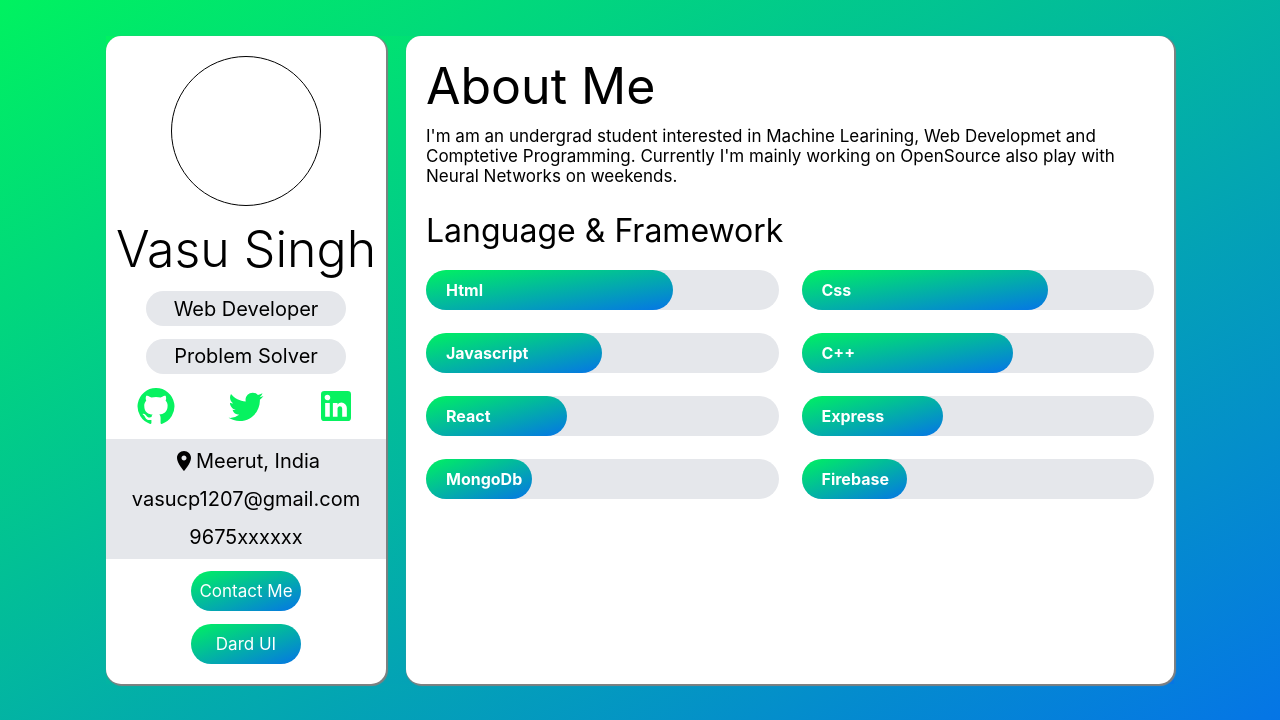
Repository: vasucp1207/grid-port
Page: /about
These files come from the project's save history. The page is drawn as it stood at one moment and after the next save; the edit follows.
The browser window is 1280 px wide. The pictures show the whole page.
Some web fonts or font styles are not loaded; a fallback is used. The project was rebuilt for these pictures with package versions that can differ from the ones it lists, and the page was loaded fresh each time. Also part of the build but not shown: src/pages/Home.js, src/components/Card.js, src/pages/Projects.js.

Above is the page before, as saved 2022-08-18 21:44:53.

### public/index.html
<!DOCTYPE html>
<html lang="en">
  <head>
    <meta charset="utf-8" />
    <link rel="icon" href="%PUBLIC_URL%/favicon.ico" />
    <meta name="viewport" content="width=device-width, initial-scale=1" />
    <meta name="theme-color" content="#000000" />
    <meta
      name="description"
      content="Web site created using create-react-app"
    />
    <link rel="apple-touch-icon" href="%PUBLIC_URL%/logo192.png" />
    <!--
      manifest.json provides metadata used when your web app is installed on a
      user's mobile device or desktop. See https://developers.google.com/web/fundamentals/web-app-manifest/
    -->
    <link rel="manifest" href="%PUBLIC_URL%/manifest.json" />
    <link rel="preconnect" href="https://fonts.googleapis.com">
<link rel="preconnect" href="https://fonts.gstatic.com" crossorigin>
<link href="https://fonts.googleapis.com/css2?family=Kantumruy+Pro:wght@200;300&family=Open+Sans:ital,wght@0,300;0,600;0,700;1,800&family=Poppins:wght@400;600&family=Raleway:wght@300&family=Roboto+Flex:opsz,wght@8..144,300;8..144,400;8..144,500&display=swap" rel="stylesheet">
    <!--
      Notice the use of %PUBLIC_URL% in the tags above.
      It will be replaced with the URL of the `public` folder during the build.
      Only files inside the `public` folder can be referenced from the HTML.

      Unlike "/favicon.ico" or "favicon.ico", "%PUBLIC_URL%/favicon.ico" will
      work correctly both with client-side routing and a non-root public URL.
      Learn how to configure a non-root public URL by running `npm run build`.
    -->
    <title>React App</title>
  </head>
  <body>
    <noscript>You need to enable JavaScript to run this app.</noscript>
    <div id="root"></div>
    <!--
      This HTML file is a template.
      If you open it directly in the browser, you will see an empty page.

      You can add webfonts, meta tags, or analytics to this file.
      The build step will place the bundled scripts into the <body> tag.

      To begin the development, run `npm start` or `yarn start`.
      To create a production bundle, use `npm run build` or `yarn build`.
    -->
  </body>
</html>

### src/index.css
body {
  margin: 0;
  font-family: -apple-system, BlinkMacSystemFont, 'Segoe UI', 'Roboto', 'Oxygen',
    'Ubuntu', 'Cantarell', 'Fira Sans', 'Droid Sans', 'Helvetica Neue',
    sans-serif;
  -webkit-font-smoothing: antialiased;
  -moz-osx-font-smoothing: grayscale;

  --gray: rgb(236, 102, 173);
  background-image: linear-gradient(to right bottom,#00f260,#0575e6);
}

::selection{
  background: rgb(71, 219, 219);
}

### src/App.js
import './App.css';
import { Link, Route, Routes } from 'react-router-dom';
import AboutMe from './pages/AboutMe';
import Home from './pages/Home';
import Projects from './pages/Projects';

function App() {
  return (
    <div>
      <Routes>
        <Route exact path="/" element={<Home />} />
        <Route exact path="/about" element={<AboutMe />} />
        <Route exact path="/projects" element={<Projects />} />
      </Routes>
    </div>
  );
}

export default App;

### src/App.css
:root {
  --d: 700ms;
  --e: cubic-bezier(0.19, 1, 0.22, 1);
  --font-sans: "Rubik", sans-serif;
  --font-serif: "Cardo", serif;
  font-family: Poppins;
}

* {
  box-sizing: border-box;
  padding: 0;
  margin: 0;
}

html, body {
  height: 100vh;
  width: 100vw;
}

body {
  display: grid;
  place-items: center;
}

.page-content {
  display: grid;
  width: 100vw;
  height: 100vh;
  margin: 0 auto;
}
@media (min-width: 600px) {
  .page-content {
    grid-template-columns: repeat(2, 1fr);
  }
}
@media (min-width: 800px) {
  .page-content {
    grid-template-columns: repeat(2, 1fr);
  }
}

.card {
  position: relative;
  display: flex;
  align-items: flex-end;
  overflow: hidden;
  padding: 1rem;
  width: 100%;
  text-align: center;
  color: whitesmoke;
  background-color: whitesmoke;
  box-shadow: 0 1px 1px rgba(0, 0, 0, 0.1), 0 2px 2px rgba(0, 0, 0, 0.1), 0 4px 4px rgba(0, 0, 0, 0.1), 0 8px 8px rgba(0, 0, 0, 0.1), 0 16px 16px rgba(0, 0, 0, 0.1);
}
@media (min-width: 600px) {
  .card {
    height: 100vh;
  }
}
.card:before {
  content: "";
  position: absolute;
  top: 0;
  left: 0;
  width: 100%;
  height: 110%;
  background-size: cover;
  background-position: 0 0;
  transition: transform calc(var(--d) * 1.5) var(--e);
  pointer-events: none;
}
.card:after {
  content: "";
  display: block;
  position: absolute;
  top: 0;
  left: 0;
  width: 100%;
  height: 200%;
  pointer-events: none;
  background-image: linear-gradient(to bottom, rgba(0, 0, 0, 0) 0%, rgba(0, 0, 0, 0.009) 11.7%, rgba(0, 0, 0, 0.034) 22.1%, rgba(0, 0, 0, 0.072) 31.2%, rgba(0, 0, 0, 0.123) 39.4%, rgba(0, 0, 0, 0.182) 46.6%, rgba(0, 0, 0, 0.249) 53.1%, rgba(0, 0, 0, 0.32) 58.9%, rgba(0, 0, 0, 0.394) 64.3%, rgba(0, 0, 0, 0.468) 69.3%, rgba(0, 0, 0, 0.54) 74.1%, rgba(0, 0, 0, 0.607) 78.8%, rgba(0, 0, 0, 0.668) 83.6%, rgba(0, 0, 0, 0.721) 88.7%, rgba(0, 0, 0, 0.762) 94.1%, rgba(0, 0, 0, 0.79) 100%);
  transform: translateY(-50%);
  transition: transform calc(var(--d) * 2) var(--e);
}
.card:nth-child(1):before {
  background-image: url(https://images.unsplash.com/photo-1493612276216-ee3925520721?ixlib=rb-1.2.1&ixid=MnwxMjA3fDB8MHxwaG90by1wYWdlfHx8fGVufDB8fHx8&auto=format&fit=crop&w=2864&q=80);
  /* background-color: #0575e6; */
}
.card:nth-child(2):before {
  background-image: url(https://images.unsplash.com/photo-1492551557933-34265f7af79e?ixlib=rb-1.2.1&ixid=MnwxMjA3fDB8MHxwaG90by1wYWdlfHx8fGVufDB8fHx8&auto=format&fit=crop&w=1740&q=80);
  /* background-color: #55eb91; */
}
.card:nth-child(3):before {
  background-image: url(https://images.unsplash.com/photo-1545243424-0ce743321e11?ixlib=rb-1.2.1&q=80&fm=jpg&crop=entropy&cs=tinysrgb&w=400&fit=max&ixid=eyJhcHBfaWQiOjE0NTg5fQ);
}
.card:nth-child(4):before {
  background-image: url(https://images.unsplash.com/photo-1531306728370-e2ebd9d7bb99?ixlib=rb-1.2.1&q=80&fm=jpg&crop=entropy&cs=tinysrgb&w=400&fit=max&ixid=eyJhcHBfaWQiOjE0NTg5fQ);
}

.content {
  position: relative;
  display: flex;
  flex-direction: column;
  align-items: center;
  width: 100%;
  padding: 1rem;
  transition: transform var(--d) var(--e);
  z-index: 1;
}
.content > * + * {
  margin-top: 1rem;
}

.title {
  font-size: 50px;
  font-weight: 400;
}

.copy {
  font-size: 30px;
}

.btn {
  cursor: pointer;
  margin-top: 1.5rem;
  padding: 0.75rem 1.5rem;
  font-size: 20px;
  letter-spacing: 0.025rem;
  text-transform: uppercase;
  color: white;
  background-color: black;
  border: none;
}
.btn:hover {
  background-color: white;
  color: black;
  transition: 0.3;
  border-radius: 7px;
}
.btn:focus {
  outline: 1px dashed yellow;
  outline-offset: 3px;
}

@media (hover: hover) and (min-width: 600px) {
  .card:after {
    transform: translateY(0);
  }

  .content {
    transform: translateY(calc(100% - 4.5rem));
  }
  .content > *:not(.title) {
    opacity: 0;
    transform: translateY(1rem);
    transition: transform var(--d) var(--e), opacity var(--d) var(--e);
  }

  .card:hover,
.card:focus-within {
    align-items: center;
  }
  .card:hover:before,
.card:focus-within:before {
    transform: translateY(-4%);
  }
  .card:hover:after,
.card:focus-within:after {
    transform: translateY(-50%);
  }
  .card:hover .content,
.card:focus-within .content {
    transform: translateY(0);
  }
  .card:hover .content > *:not(.title),
.card:focus-within .content > *:not(.title) {
    opacity: 1;
    transform: translateY(0);
    transition-delay: calc(var(--d) / 8);
  }

  .card:focus-within:before, .card:focus-within:after,
.card:focus-within .content,
.card:focus-within .content > *:not(.title) {
    transition-duration: 0s;
  }
}

### src/pages/AboutMe.js
import React from 'react'
import { motion } from 'framer-motion'
import styled from 'styled-components'
import Left from '../components/Left';
import Right from '../components/Right';

function AboutMe() {

    const pageVarients = {
        initial: {
            opacity: 0
        },
        in: {
            opacity: 1
        },
        out: {
            opacity: 0
        }
    }

    return (
        <motion.div
            initial='initial'
            animate='in'
            exit='out'
            variants={pageVarients}
            transition={{ delay: 0.5, type: 'spring' }}
        >

            <Container>
                <Comp>
                    <Left />
                    <Right />
                </Comp>

            </Container>
        </motion.div>
    )
}

export default AboutMe

const Container = styled.div`
    background: white;
`

const Comp = styled.div`
    display: flex;
    gap: 20px;
    background-image: linear-gradient(to right bottom,#00f260,#0575e6);

    @media (max-width: 800px) {
        flex-direction: column;
    }
`

### src/components/Left.js
import React from 'react'
import { motion } from 'framer-motion'
import styled from 'styled-components'
import GitHubIcon from '@mui/icons-material/GitHub';
import TwitterIcon from '@mui/icons-material/Twitter';
import LinkedInIcon from '@mui/icons-material/LinkedIn';
import LocationOnIcon from '@mui/icons-material/LocationOn';

function Left() {
    return (
        <Contanier>
            <div class='avatar'></div>
            <h1 class='name'>Vasu Singh</h1>
            <div class='sim-btn'>Web Developer</div>
            <div class='sim-btn'>Problem Solver</div>
            <div class='icon-cont'>
                <GitHubIcon className='icons' />
                <TwitterIcon className='icons' />
                <LinkedInIcon className='icons' />
            </div>
            <div class='address'>
                <p class='city'><LocationOnIcon /> Meerut, India</p>
                <p>vasucp1207@gmail.com</p>
                <p>9675xxxxxx</p>
            </div>
            <div class='gb-btn'>Contact Me</div>
            <div class='gb-btn'>Dard UI</div>
        </Contanier>
    )
}

export default Left

const Contanier = styled.div`
    height: 90vh;
    width: 280px;
    box-shadow: 1px 1px 1px 1px gray;
    display: flex;
    justify-content: space-between;
    align-items: center;
    flex-direction: column;
    padding-bottom: 20px;
    background: white;
    border-radius: 15px;

    .avatar{
        margin-top: 20px;
        height: 150px;
        border: 1px solid black;
        width: 150px;
        border-radius: 50%;
    }

    .name{
        font-size: 50px;
        font-weight: 300;
    }

    .sim-btn{
        font-size: 20px;
        background: rgb(229,231,235);
        width: 200px;
        height: 35px;
        border-radius: 9999px;
        display: flex;
        justify-content: center;
        align-items: center;
    }

    .icon-cont{
        width: 280px;
        padding-left: 30px;
        padding-right: 30px;
        display: flex;
        justify-content: space-between;
        align-items: center;
    }

    .icons{
        height: 40px;
        width: 40px;
        color: #07f260;
        cursor: pointer;

        :hover{
            color: black;
        }
    }

    .address{
        background: rgb(229,231,235);;
        font-size: 20px;
        display: flex;
        flex-direction: column;
        align-items: center;
        justify-content: space-between;
        width: 280px;
        height: 120px;
        padding: 10px;
    }

    .gb-btn{
        width: 110px;
        border-radius: 9999px;
        background-image: linear-gradient(to right bottom,#00f260,#0575e6);
        color: white;
        font-size: 17px;
        height: 40px;
        display: flex;
        justify-content: center;
        align-items: center;
        cursor: pointer;
    }

    .city{
        display: flex;
        justify-content: center;
        align-items: center;
    }
`

### src/components/Right.js
import React from 'react'
import { motion } from 'framer-motion'
import styled from 'styled-components'
import GitHubIcon from '@mui/icons-material/GitHub';
import TwitterIcon from '@mui/icons-material/Twitter';
import LinkedInIcon from '@mui/icons-material/LinkedIn';
import LocationOnIcon from '@mui/icons-material/LocationOn';
import ProgressBar from '../components/ProgressBar';

function Right() {
    return (
        <Container>
            <h1 class='title'>About Me</h1>
            <p class='des'>I'm am an undergrad student interested in Machine Learining, Web Developmet and Comptetive Programming. Currently I'm mainly working on OpenSource also play with Neural Networks on weekends.</p>
            <h1 class='skills'>Language & Framework</h1>

            <div class='all-bar'>
                <ProgressBar lang='Html' per='70%' />
                <ProgressBar lang='Css' per='70%' />
                <ProgressBar lang='Javascript' per='50%' />
                <ProgressBar lang='C++' per='60%' />
                <ProgressBar lang='React' per='40%' />
                <ProgressBar lang='Express' per='40%' />
                <ProgressBar lang='MongoDb' per='30%' />
                <ProgressBar lang='Firebase' per='30%' />
            </div>

        </Container>
    )
}

export default Right

const Container = styled.div`
    height: 90vh;
    width: 60vw;
    box-shadow: 1px 1px 1px 1px gray;
    background: white;
    border-radius: 15px;
    padding: 20px;

    .title{
        font-weight: 400;
        margin-bottom: 10px;
    }

    .des{
        font-size: 17px;
        margin-bottom: 25px;
    }

    .skills{
        font-weight: 400;
        margin-bottom: 20px;
    }

    .all-bar{
        display: grid;
        grid-template-columns: repeat(2, 1fr);
        margin-top: 10px;
        justify-content: space-between;
        gap: 23px;
    }
`

### src/components/ProgressBar.js
import React from 'react'
import styled from 'styled-components'
import { motion } from 'framer-motion'

function ProgressBar({ lang, per }) {
    return (
        <Contanier>
            <div class='bar'>
                <motion.div className='fill'
                    animate={{ width: per }}
                    transition={{ duration: 2 }}
                >
                    <p class='lang'>{lang}</p>
                </motion.div>
            </div>
        </Contanier>
    )
}

export default ProgressBar

const Contanier = styled.div`
    .bar{
        width: 100%;
        height: 40px;
        border-radius: 9999px;
        background: rgb(229,231,235);
    }

    .fill{
        display: flex;
        align-items: center;
        padding: 20px;
        width: 0;
        border-radius: 9999px;
        height: 30px;
        background-image: linear-gradient(to right bottom,#00f260,#0575e6);
    }

    .lang{
        color: white;
        font-weight: bold;
    }
`

Loaded but not shown: src/index.js (common file)

After the next save:
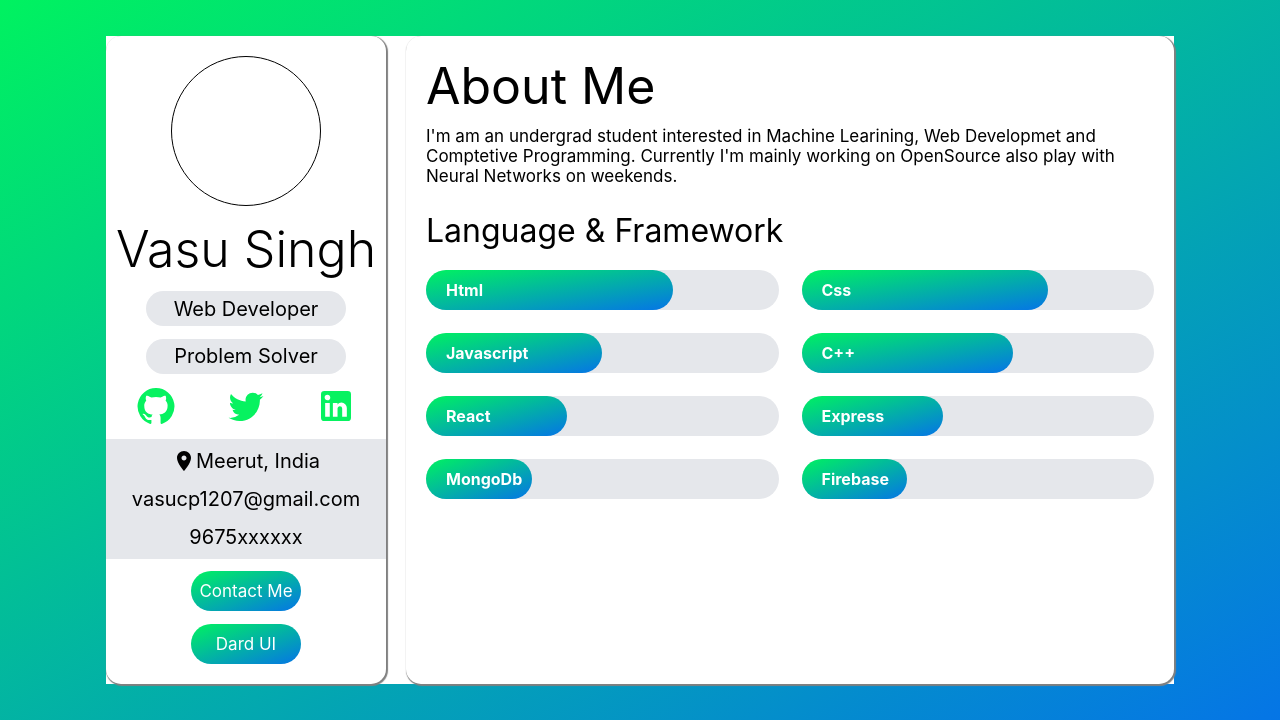
Saved 34 s later.
--- a/src/pages/AboutMe.js
+++ b/src/pages/AboutMe.js
@@ -47,7 +47,6 @@
 const Comp = styled.div`
     display: flex;
     gap: 20px;
-    background-image: linear-gradient(to right bottom,#00f260,#0575e6);
 
     @media (max-width: 800px) {
         flex-direction: column;

After the save that followed:
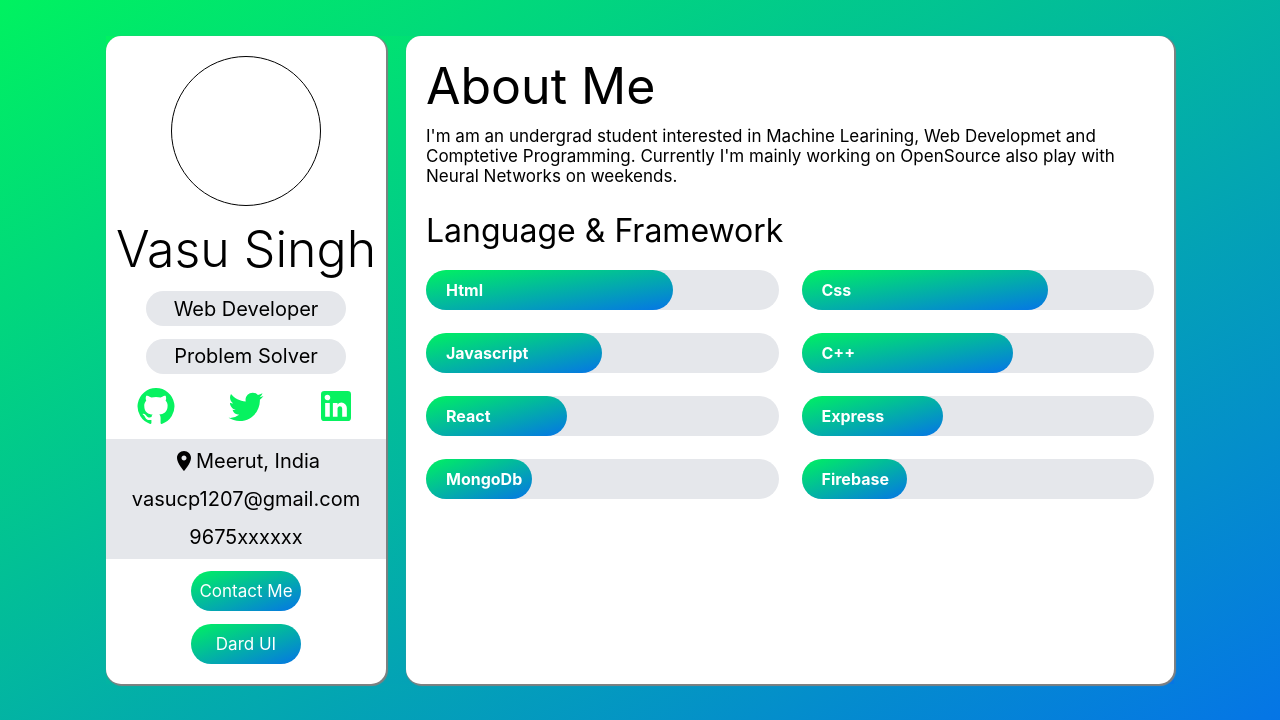
Saved 4 s later.
--- a/src/pages/AboutMe.js
+++ b/src/pages/AboutMe.js
@@ -47,6 +47,7 @@
 const Comp = styled.div`
     display: flex;
     gap: 20px;
+    background-image: linear-gradient(to right bottom,#00f260,#0575e6);
 
     @media (max-width: 800px) {
         flex-direction: column;
